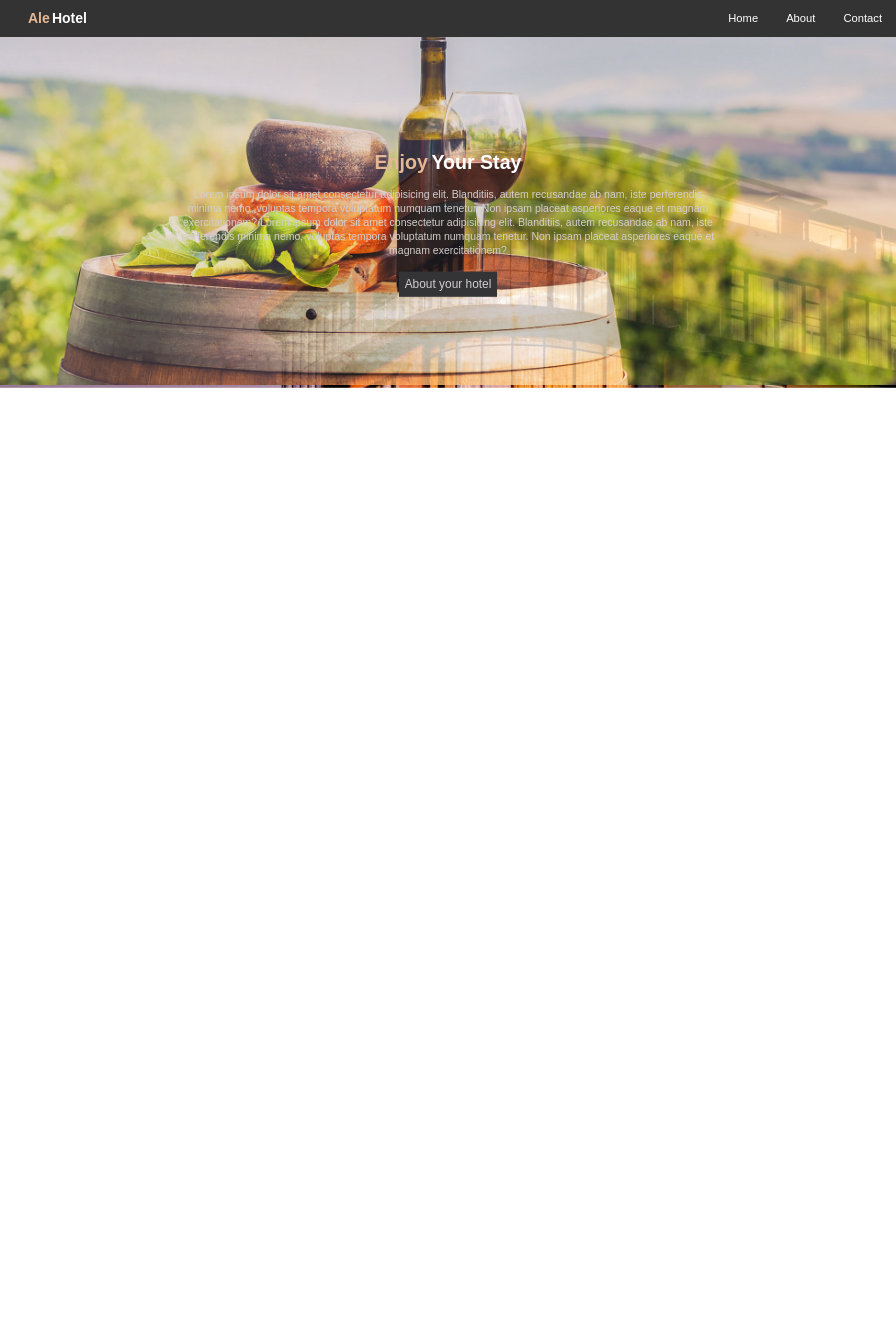
Repository: Ngoc28/HTML-CSS
Page: aleHoltel/index.html
These files come from the project's save history. The page is drawn as it stood at one moment and after the next save; the edit follows.
The browser window is 1280 px wide. The pictures show the part of the page from y = 0 to 1920 px (the page is 5000 px tall), at 70% of full size.

Above is the page before, as saved 2023-08-06 00:14:16.

### aleHoltel/index.html
<!DOCTYPE html>
<html lang="en">
<head>
    <meta charset="UTF-8">
    <meta name="viewport" content="width=device-width, initial-scale=1.0">
    <title>Ale Hotel</title>
    <link rel="stylesheet" href="./style.css">
</head>
<body>
    <header>
        <div class="header-logo">
            <h1 class="heading">Ale<span>Hotel</span></h1>
        </div>
        <nav class="header-nav">
            <ul class="nav-link">
                <li class="nav-item"><a href="">Home</a></li>
                <li class="nav-item"><a href="">About</a></li>
                <li class="nav-item"><a href="">Contact</a></li>
            </ul>
        </nav>
    </header>
    <main>
        <div class="container">
            <div class="about">
                <div class="about-img">
                    <img src="./img/banner1.jpg" alt="About us" height="550px" width="100%">
                </div>
                <div class="about-introduce">
                    <h1 class="about-heading">Enjoy<span>Your Stay</span></h1>
                    <p class="about-text">
                        Lorem ipsum dolor sit amet consectetur adipisicing elit. Blanditiis, autem recusandae ab nam, iste perferendis minima nemo, voluptas tempora voluptatum numquam tenetur. Non ipsam placeat asperiores eaque et magnam exercitationem?
                        Lorem ipsum dolor sit amet consectetur adipisicing elit. Blanditiis, autem recusandae ab nam, iste perferendis minima nemo, voluptas tempora voluptatum numquam tenetur. Non ipsam placeat asperiores eaque et magnam exercitationem?
                    </p>
                    <button class="about-btn">About your hotel</button>
                </div>
            </div>
        </div>
    </main>
</body>
</html>

### aleHoltel/style.css
*{
    margin: 0;
    padding: 0;
    box-sizing: border-box;
}

body {
    font-family:Arial, Helvetica, sans-serif;
}

header {
    position: fixed;
    z-index: 100;
    width: 100%;
    display: flex;
    justify-content: space-between;
    align-items: center;
    background-color: #333333;
}

.header-logo {

}

.header-logo > .heading {
    padding: 15px 40px;
    font-size: 20px;
    color: #e5b895;
}

.heading span {
    color: #fff;
    padding-left: 3px;
}

.header-nav {
    display: block;
}

.nav-link {
    display: flex;
}

.nav-item {
    display: block;
}

.nav-item a {
    padding: 15px 20px;
    color: #fff;
    text-decoration: none;
    display: block;
}

.nav-item a:hover {
    background: #bd0a0a;
}

/* Container */
.container {
    min-height: 5000px;
}

.about {
    background-image: url(./img/banner2.jpg);

}

.about-img {
    /* position: relative; */
}

.about-img img {
    opacity: .8;
    top: 53px;
    /* bottom: 53px; */
    object-fit: cover;
}


.about-introduce {
    position: absolute;
    top: 30%;
    left: 0;
    right: 0;
    bottom: 0;
    margin: 0 auto;
    width: 60%;
    text-align: center;

}

.about-heading {
    color: #e5b895;
    font-size: 28px;
    font-weight: 600;
}

.about-heading span {
    color: #fff;
    padding-left: 5px;
}

.about-text {
    padding: 20px 0;
    font-size: 15px;
    color: #d1cece;
    line-height: 20px;
}

.about-btn {
    background: #343436;
    color: #d1cece;
    padding: 8px;
    font-size: 17px;
    border: none;
    cursor: pointer;
}

.about-btn:hover {
    background-color: #1d1d1e;
    transition: ease .4;
}

After the next save:
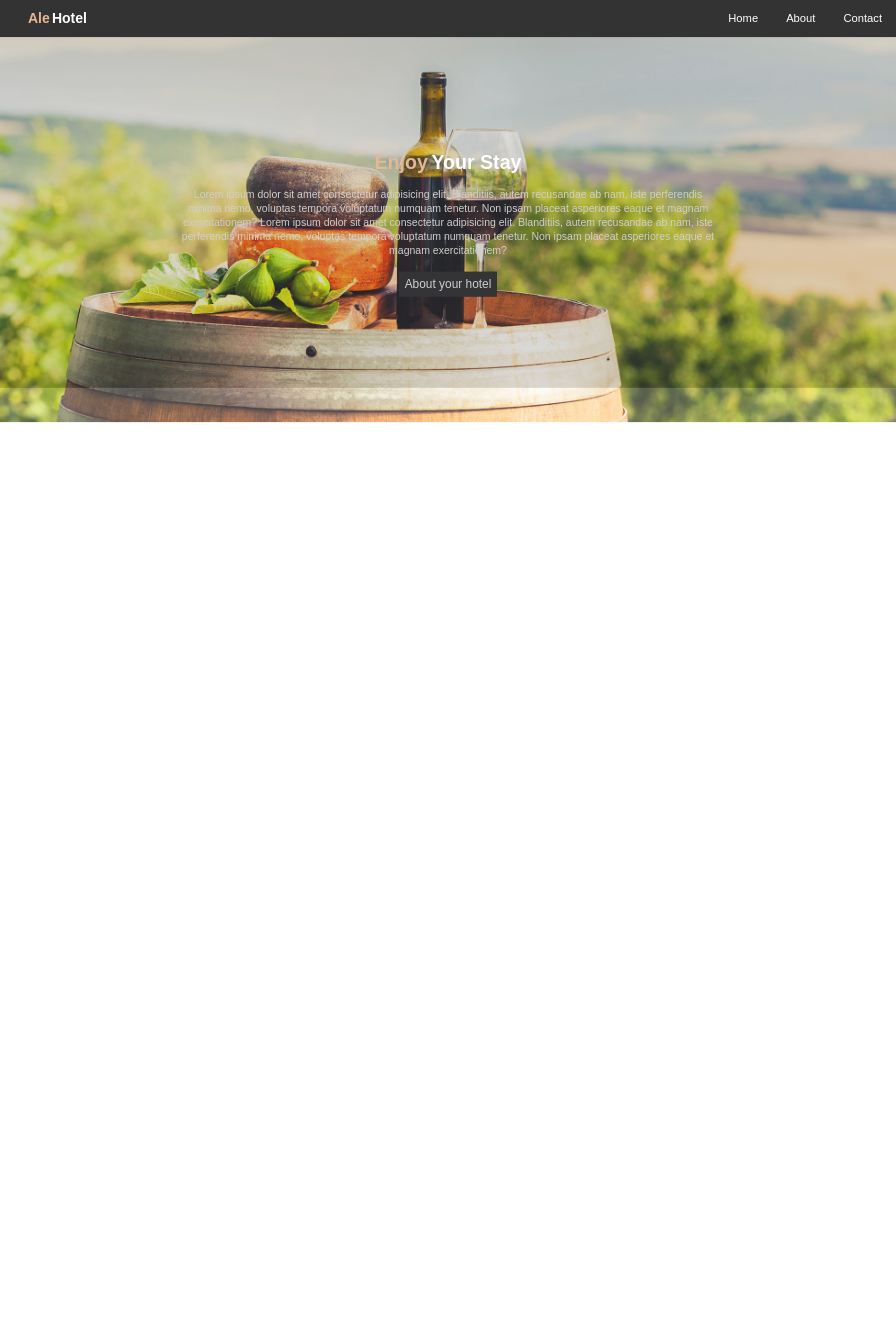
Saved 3 s later.
--- a/aleHoltel/style.css
+++ b/aleHoltel/style.css
@@ -62,15 +62,16 @@ header {
 }
 
 .about {
-    background-image: url(./img/banner2.jpg);
 
 }
 
 .about-img {
-    /* position: relative; */
+    background: rgba(0, 0, 0, 0.7);
 }
 
 .about-img img {
+
+    position: relative;
     opacity: .8;
     top: 53px;
     /* bottom: 53px; */
